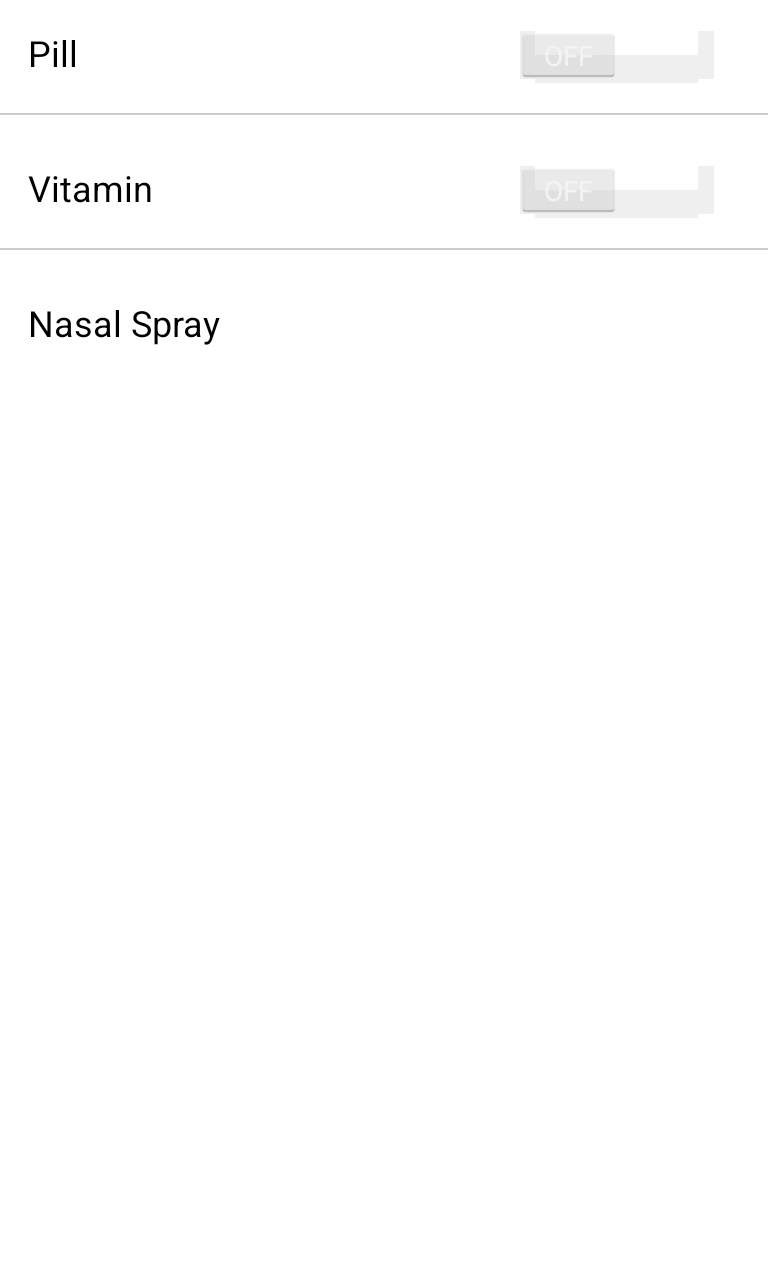
Repository: ranika/pilltracker
Layout: PillTracker/res/layout/fragment_reminders.xml
An editor plug-in stored every save of this project. The layout is shown before and after the next save, followed by the edit.
It is drawn on a 768 x 1280 px phone screen (xhdpi) without system bars, with theme AppTheme; the app's code is not run.

Above is the layout before, as saved 2014-04-10 06:10:33.

After the next save:
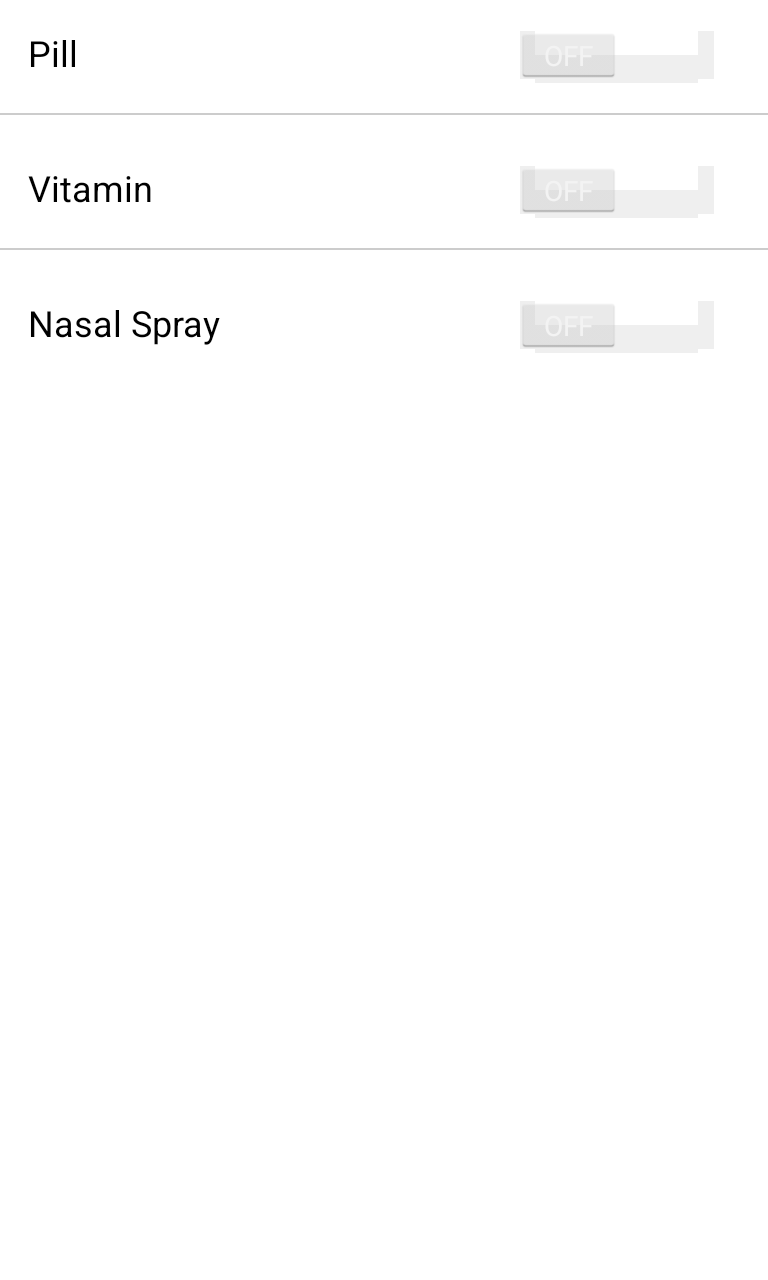
Saved 19 s later.
--- a/PillTracker/res/layout/fragment_reminders.xml
+++ b/PillTracker/res/layout/fragment_reminders.xml
@@ -71,5 +71,14 @@
         android:text="@string/nasal"
         android:textAppearance="?android:attr/textAppearanceMedium" />
 
+    <Switch
+        android:id="@+id/switch3"
+        android:layout_width="wrap_content"
+        android:layout_height="wrap_content"
+        android:layout_alignBaseline="@+id/textView3"
+        android:layout_alignBottom="@+id/textView3"
+        android:layout_alignParentRight="true"
+        android:layout_marginRight="25dp" />
+
 
 </RelativeLayout>
